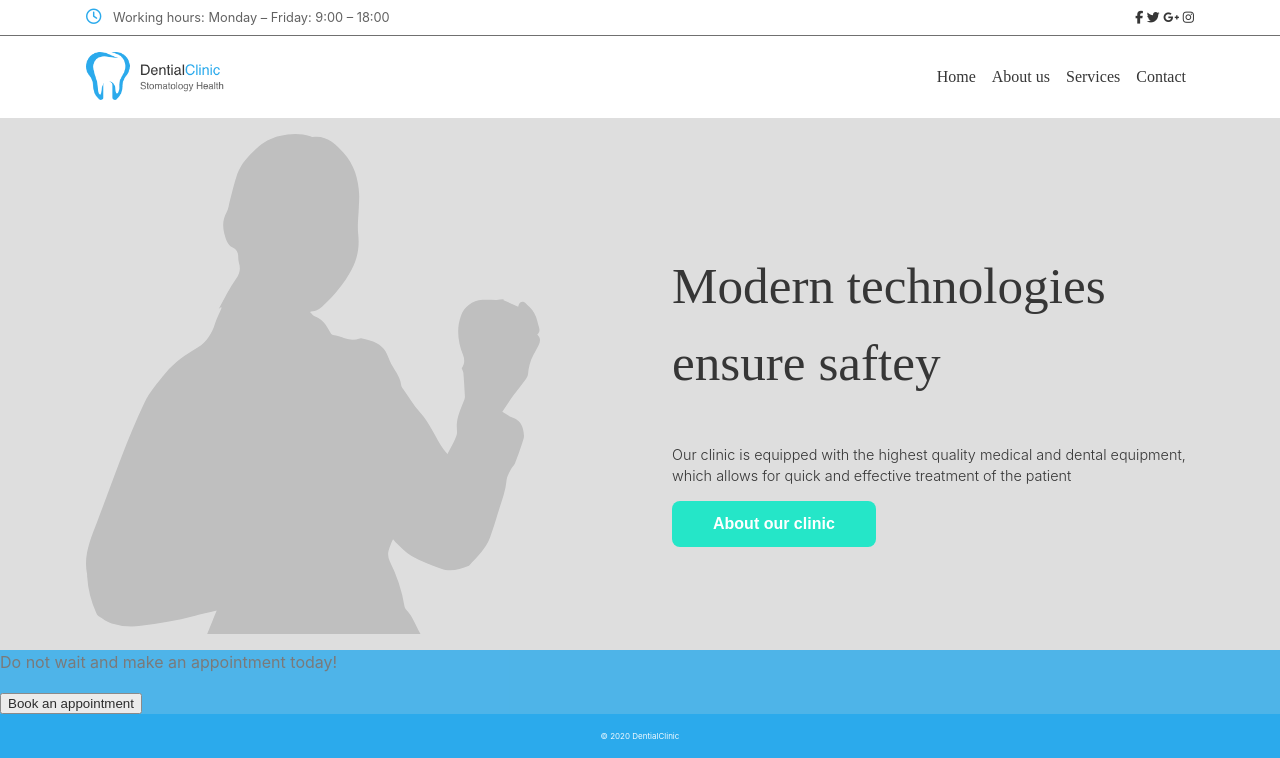
Repository: skepp4rn/uppgift1
Page: index.html
An editor plug-in stored every save of this project. The page is shown before and after the next save, followed by the edit.
The browser window is 1280 px wide. The pictures show the whole page.
Some web libraries are served in a nearby version.

Above is the page before, as saved 2020-12-01 17:53:29.

### index.html
<!DOCTYPE html>
<html lang="en">
<head>
    <meta charset="UTF-8">
    <meta name="viewport" content="width=device-width, initial-scale=1.0">
    <title>Document</title>

    <script src="https://kit.fontawesome.com/0abbda2fd3.js" crossorigin="anonymous"></script>
    <link rel="stylesheet" href="style.css">
</head>
<body>

    <nav class="navbar-top collapse">
        <div class="container">
            <div class="hours">
                <i class="far fa-clock"></i>
                Working hours: Monday – Friday: 9:00 – 18:00
            </div>
            <div class="#">
                <a href="#"><i class="fab fa-facebook-f"></i></a>
                <a href="#"><i class="fab fa-twitter"></i></a>
                <a href="#"><i class="fab fa-google-plus-g"></i></a>
                <a href="#"><i class="fab fa-instagram"></i></a>
            </div>
        </div>
    </nav>

    <nav class="navbar ">
        <div class="container">
            <a class="navbar-brand" href="#" >
                <img src="images/Logo.png" alt="">
            </a>
            <button class="navbar-toggler">
                <i class="fas fa-bars"></i>
            </button>
            <div class="collapse navbar-collapse">
                <div class="navbar-nav">
                    <a class="nav-link" href="#">Home</a>
                    <a class="nav-link" href="#">About us</a>
                    <a class="nav-link" href="#">Services</a>
                    <a class="nav-link" href="#">Contact</a>
                </div>
            </div>
        </div>
    </nav>

    <section id="showcase" class="bg-gray">
        <div class="container">
            <img src="images/placehold-girl.svg" alt="">
            <div class="content-box">
                <div class="content">
                    <h1>Modern technologies ensure saftey</h1>
                    <p>Our clinic is equipped with the highest quality medical and dental equipment, which allows for quick and effective treatment of the patient</p>
                    <button class="btn btn-green">About our clinic</button>
                </div>
            </div>
        </div>
    </section>












   <div class="grid">
        <section id="appointment">
            <div class="overlay">
                <p>Do not wait and make an appointment today!</p>
                <button>Book an appointment</button>
            </div>
        </section>
        <footer class="bg-blue">© 2020 DentialClinic</footer>
    </div>

</body>
</html>

### style.css
* {
    box-sizing: border-box;
}

html, body {
    font-weight: 400;
    font-family: -apple-system, BlinkMacSystemFont, 'Segoe UI', Roboto, Oxygen, Ubuntu, Cantarell, 'Open Sans', 'Helvetica Neue', sans-serif;
    line-height: 1.5;
    font-size: 16px;
    margin: 0;
    padding: 0;
    color: #626262;
}

.border {
    border: 1px solid black;
}

a {
    color: #363636;
    text-decoration: none;
    background-color: transparent;
}

a:hover {
    color: #25E6C8;
}

.bg-dark {
   background: #333333;
   color: #ffffff;
}

.bg-light {
    background: #f7f7f7;
    color: #333333;
}

.bg-gray {
    background-color: #DEDEDE;

}



.btn {
    display: inline-block;
    font-weight: 400;
    text-align: center;
    vertical-align: middle;
    padding: 0.80rem 2.5rem;
    border-radius: 0.5rem;
    border: 1px solid transparent;
    background-color: transparent;
    font-size: 1rem;

}

.btn-green {
    color: #ffffff;
    background-color: #25E6C8;
    font-weight: bold;


}

.btn-green:hover {
    cursor: pointer;
    background-color: #2BAAEC;
}



.collapse:not(.show) {
    display: none;
}

.container {
    width: 100%;
    padding: 0 1rem;
    margin: 0 auto;
}

.navbar-top {
    border-bottom: 1px solid #707070;
}

.navbar, .navbar-top {
    display: flex;
    justify-content: space-between;
    padding: 0.5rem 1rem;
}

.navbar .container, .navbar-top .container {
    display: flex;
    justify-content: space-between;
    align-items: center;
}

.navbar-top .container {
    font-size: 0.8rem;
}

.navbar-top .container .hours {
    color:#626262;
}

.navbar-top .container .hours i {
    color: #2BAAEC;
    margin-right: 0.5rem;
    font-size: 1.2em;
}

.navbar-top .container .socialmedia a {
    margin: 0 0.5rem;

}

.navbar-brand {
    display: inline-block;
    font-size: 1.5rem;
    color: black;
    margin-right: 1rem;
}

.navbar-brand img {
    height: 3rem;
    margin-top: 0.5rem;
}


.navbar-toggler {
    font-size: 2.5rem;
    color:#2BAAEC;
    background-color: transparent;
    border: 1px solid transparent;
}

.navbar-collapse {
    align-items: center;
}

.navbar-nav {
    display: flex;
    flex-direction: column;
    font-family: 'Roboto Slab', serif;

}

.nav-link {
    padding: 0;
    text-decoration: none;
}



#showcase .container {
    display: grid;
    grid-template-columns: 1fr 1fr;
    column-gap: 4rem;

    align-items: center;
}

#showcase .container img {
    height: 500px;
    margin-top: 1rem;
}

#showcase .container .content-box {
    align-self: center;
    color: #363636;
    font-weight: 300;
}

.content-box .content h1 {
    font-size: 3.2rem;
    font-family: 'Roboto Slab', serif;
    font-weight: 300;

}

.content-box .content p {
    font-size: 0.9rem;
}


.grid {
    display: grid;

    grid-template-columns: 1fr;
    grid-template-areas:    "he"
                            "sh"
                            "ab"
                            "se"
                            "ap"
                            "fo";
}


#appointment {
    background-color: #DEDEDE;
}

.overlay {
    opacity: 80%;
    background-color: #2BAAEC;
}


footer {
    background-color: #2BAAEC;
    color: #f3fbff;
    text-align: center;
    padding: 1rem 0rem;
    font-size: 0.5rem;

}










@media (min-width: 768px) {
    .nav-link {
        padding-right: 0.5rem;
        padding-left: 0.5rem;
    }

    .navbar-nav {
        flex-direction: row;
    }

    .navbar-toggler {
        display: none;
    }

    .collapse:not(.show) {
        display: flex;
    }

    .container {
        max-width: 720px;
    }

}

@media (min-width: 992px) {
    .container {
        max-width: 960px;
    }
}

@media (min-width: 1200px) {
    .container {
        max-width: 1140px;
    }
}

After the next save:
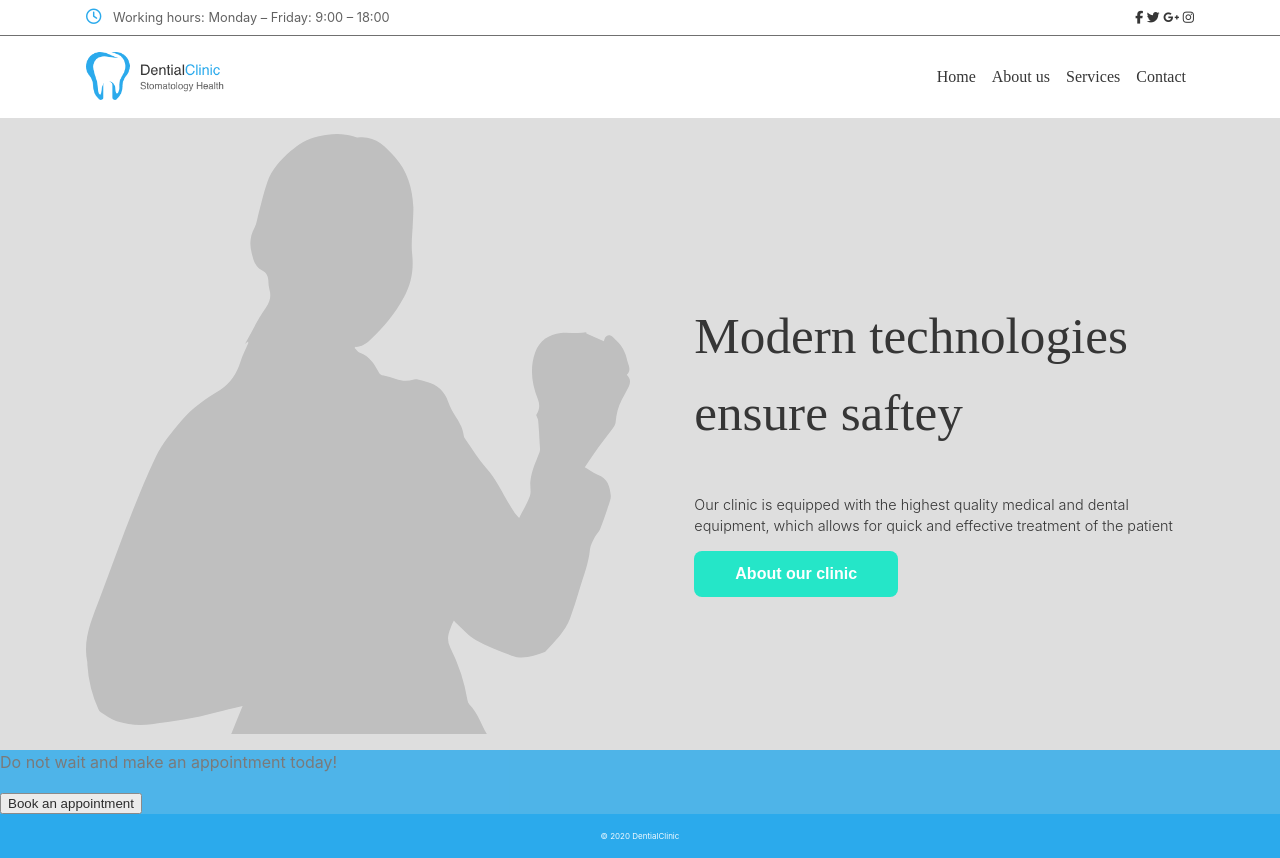
Saved 18 s later.
--- a/style.css
+++ b/style.css
@@ -163,8 +163,9 @@
 }
 
 #showcase .container img {
-    height: 500px;
+    height: 600px;
     margin-top: 1rem;
+
 }
 
 #showcase .container .content-box {

After the save that followed:
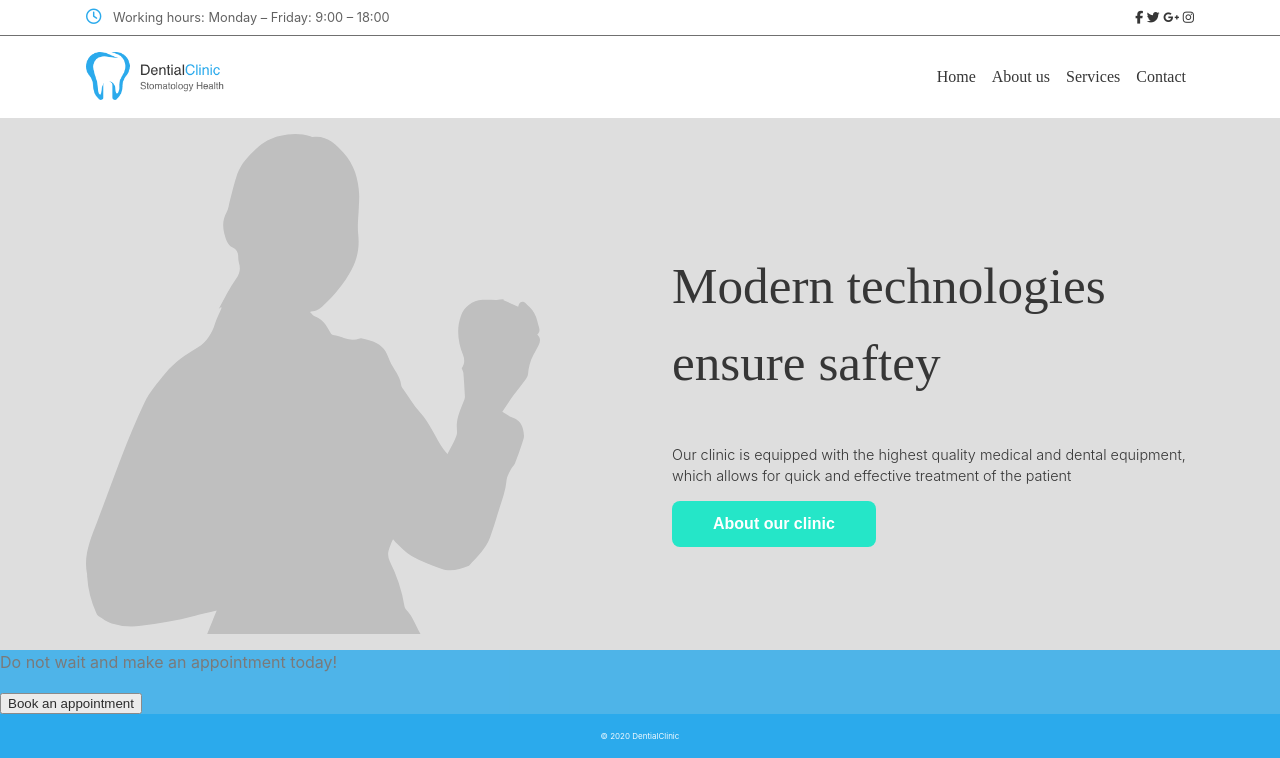
Saved 4 s later.
--- a/style.css
+++ b/style.css
@@ -163,7 +163,7 @@
 }
 
 #showcase .container img {
-    height: 600px;
+    height: 500px;
     margin-top: 1rem;
 
 }
